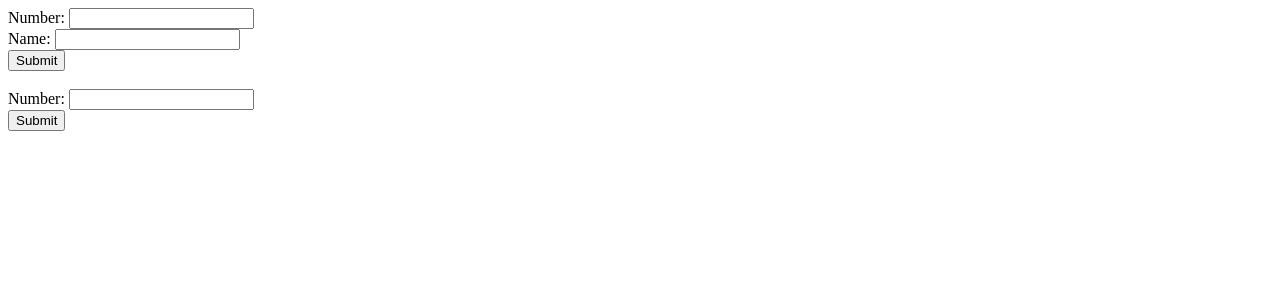
Repository: phileasFoggy22/PokeAPIAssessment
Page: http://localhost/pokeapi-pokemon/pages/Home.jsp
The author's editor kept a copy of each file at every save. The page is drawn from the files as they stood at one save, then again after the next save.
The browser window is 1280 px wide. The pictures show the whole page.
The page is served by Tomcat 9.

Above is the page before, as saved 2019-08-12 12:43:50.

After the next save:
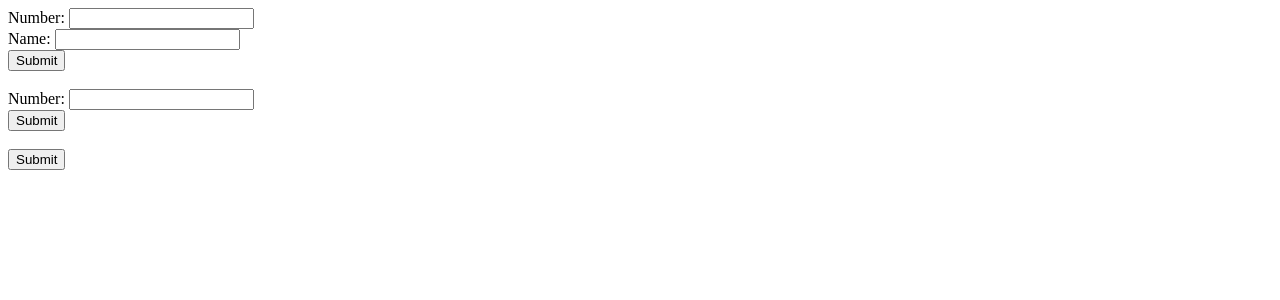
Saved 34 s later.
--- a/pokeapi-pokemon/src/main/webapp/pages/Home.jsp
+++ b/pokeapi-pokemon/src/main/webapp/pages/Home.jsp
@@ -19,7 +19,10 @@
 Number: <input type="text" name="memberNumber"><br>
 <input type="submit">
 </form>
-
+<br>
+<form action="getUsers">
+<input type="submit">
+</form>
 
 </body>
 </html>
